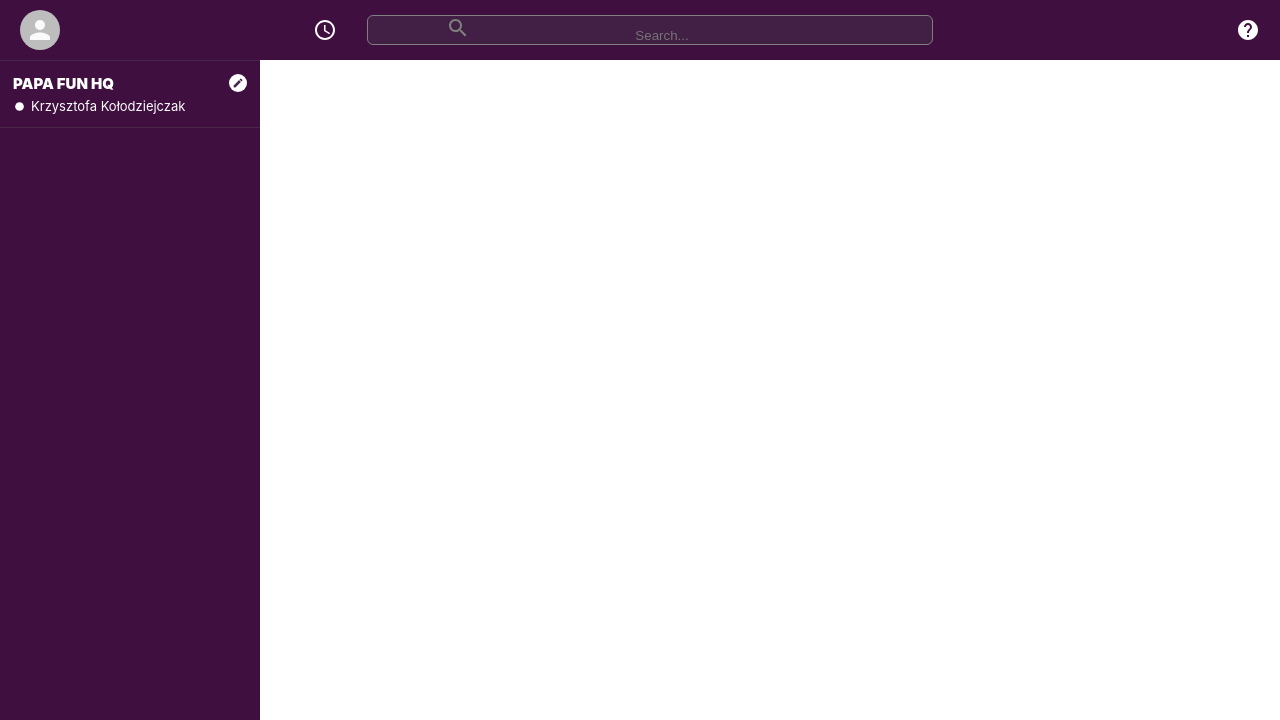
Repository: KrzysKolo/slackClone
Page: /
The author's editor kept a copy of each file at every save. The page is drawn from the files as they stood at one save, then again after the next save.
The browser window is 1280 px wide. The pictures show the whole page.
The project was rebuilt for these pictures with package versions that can differ from the ones it lists, and the page was loaded fresh each time. Also part of the build but not shown: src/App.css, src/pages/About/About.js.

Above is the page before, as saved 2021-12-27 14:49:08.

After the next save:
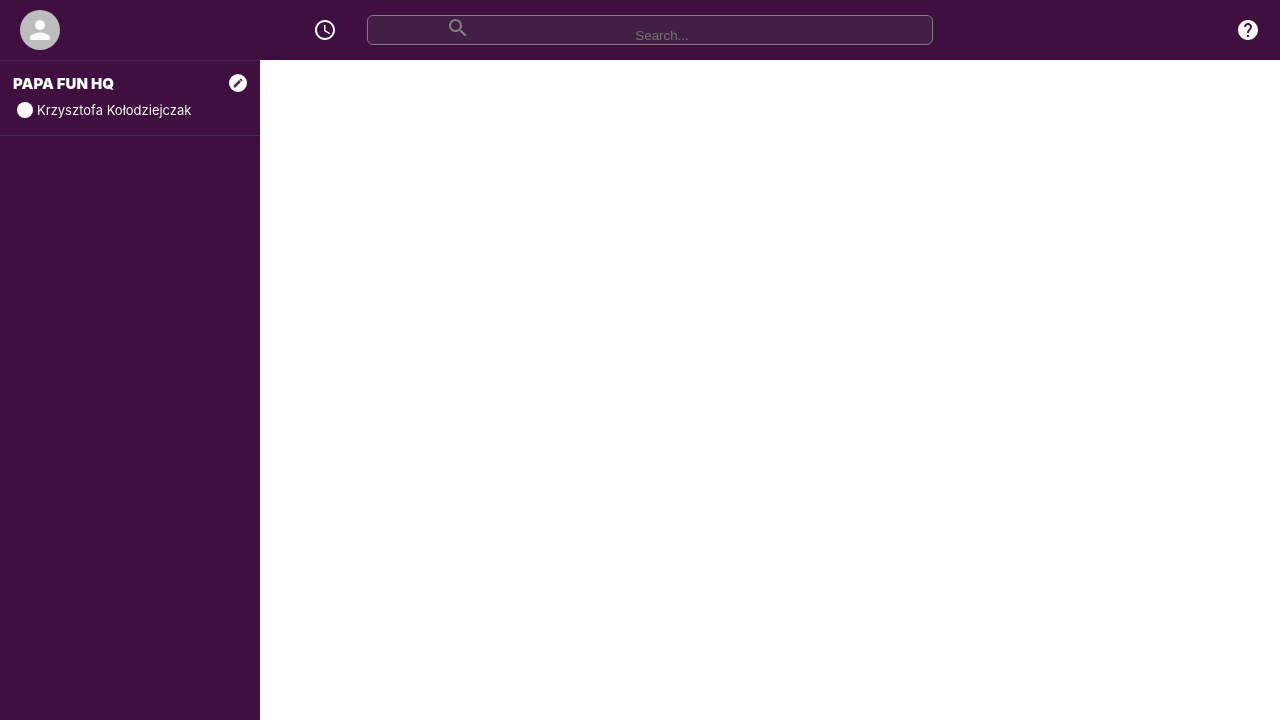
Saved 112 s later.
--- a/src/components/Sidebar/Sidebar.js
+++ b/src/components/Sidebar/Sidebar.js
@@ -11,7 +11,7 @@ const Sidebar = () => {
         <SidebarInfo>
           <h2>PAPA FUN HQ</h2>
           <h3>
-            <FiberManualRecordIcon className='icon' />
+            <FiberManualRecordIcon  />
             Krzysztofa Kołodziejczak
           </h3>
         </SidebarInfo>
